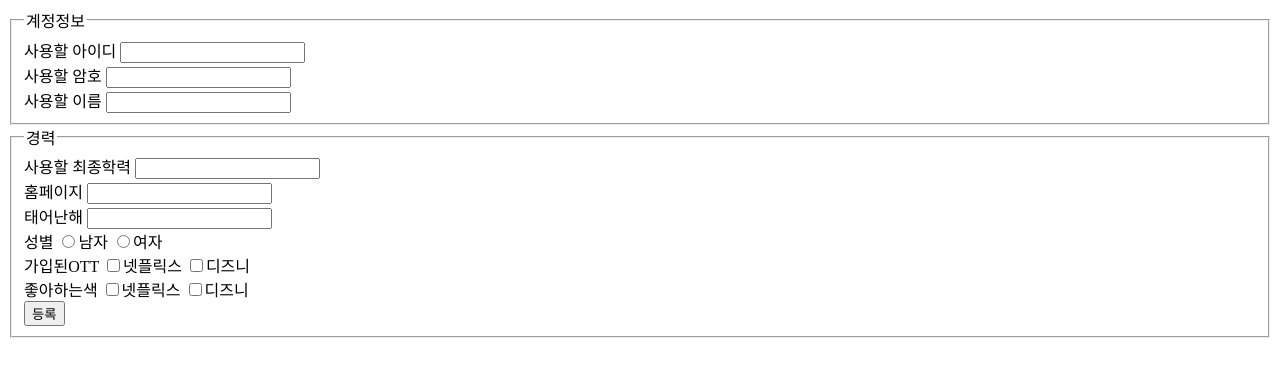
Repository: ybshim90/sesac1
Page: day_20211217_01_web/src/main/webapp/regist.html
The author's editor kept a copy of each file at every save. The page is drawn from the files as they stood at one save, then again after the next save.
The browser window is 1280 px wide. The pictures show the whole page.

Above is the page before, as saved 2021-12-17 06:04:08.

### day_20211217_01_web/src/main/webapp/regist.html
<!DOCTYPE html>
<html>
	<head>
		<meta charset="UTF-8">
		<title>Insert title here</title>
	</head>
	<body>
		<form action="jsp/form1.jsp" method="get">
			<fieldset>
				<legend>계정정보</legend>
				<label> 사용할 아이디
					<input type="text" name="memid">
				</label><br>

				<label for="id_pw">사용할 암호</label>
				<input type="password" name="mempw" id="id_pw"><br>

				사용할 이름
				<input type="text" name="memname"><br>

			</fieldset>

			<fieldset>
				<legend>경력</legend>

				<label>사용할 최종학력
					<input type="search" name="keyword">
				</label><br>

				<label>홈페이지
					<input type="url" name="homepage">
				</label><br>

				<label>태어난해
					<input type="number" name="birthYear">
				</label><br>

				<label>성별
					<input type="radio" value="male" name="gender">남자
					<input type="radio" value="female" name="gender">여자
				</label><br>

				<label>가입된OTT
					<input type="checkbox" name="ott" value="netflix">넷플릭스
					<input type="checkbox" name="ott" value="disney">디즈니
				</label><br>

				<label>좋아하는색
					<input type="checkbox" name="ott" value="netflix">넷플릭스
					<input type="checkbox" name="ott" value="disney">디즈니
				</label><br>

				<input type="submit" value="등록">
			</fieldset>
		</form>
	</body>
</html>

After the next save:
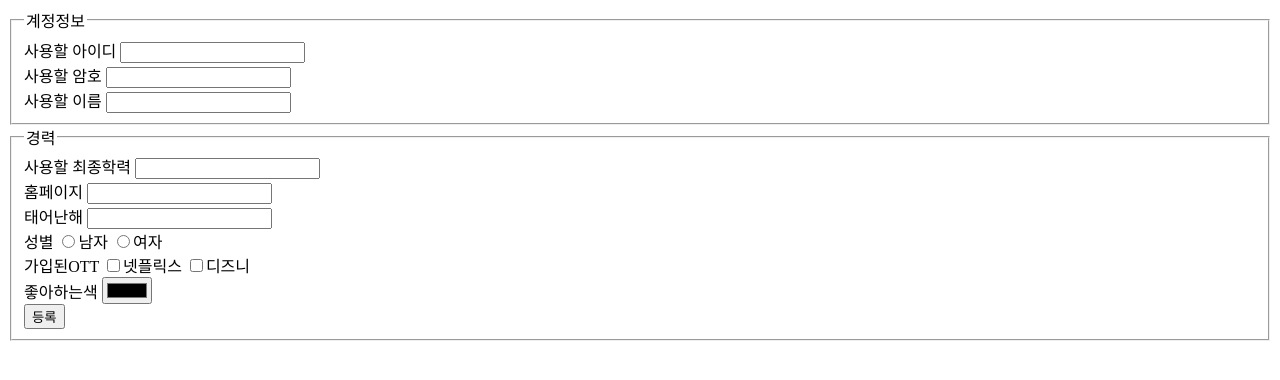
Saved 32 s later.
--- a/day_20211217_01_web/src/main/webapp/regist.html
+++ b/day_20211217_01_web/src/main/webapp/regist.html
@@ -46,8 +46,7 @@
 				</label><br>
 
 				<label>좋아하는색
-					<input type="checkbox" name="ott" value="netflix">넷플릭스
-					<input type="checkbox" name="ott" value="disney">디즈니
+					<input type="color" name="color">
 				</label><br>
 
 				<input type="submit" value="등록">
